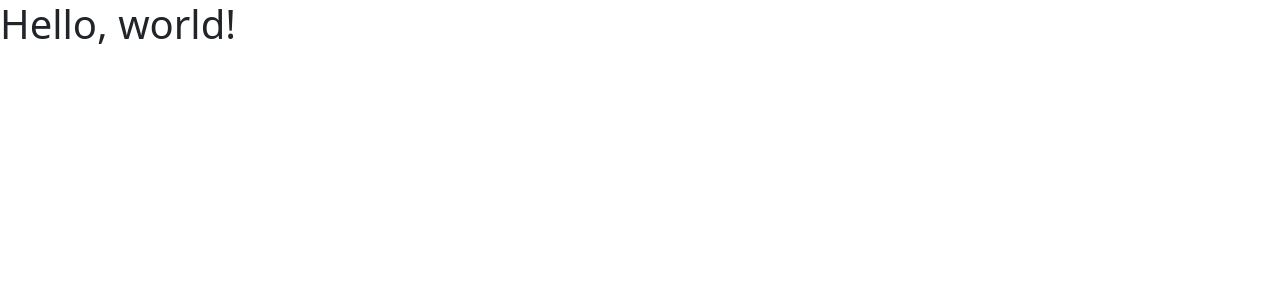
Repository: vaibhav-kharade/Inferyx.com-Learning
Page: Java_Coding/shopcrudsql/src/main/resources/static/index.html
The author's editor kept a copy of each file at every save. The page is drawn from the files as they stood at one save, then again after the next save.
The browser window is 1280 px wide. The pictures show the whole page.

Above is the page before, as saved 2024-09-23 11:50:27.

After the next save:
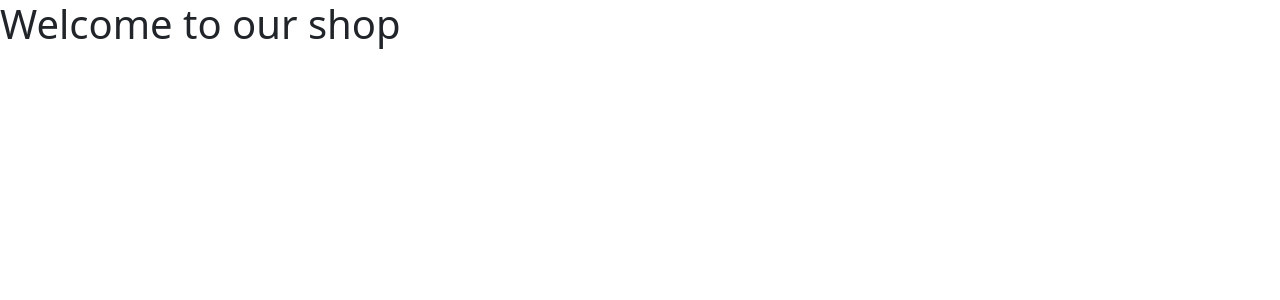
Saved 12 s later.
--- a/Java_Coding/shopcrudsql/src/main/resources/static/index.html
+++ b/Java_Coding/shopcrudsql/src/main/resources/static/index.html
@@ -7,7 +7,7 @@
     <link href="https://cdn.jsdelivr.net/npm/bootstrap@5.3.3/dist/css/bootstrap.min.css" rel="stylesheet" integrity="sha384-QWTKZyjpPEjISv5WaRU9OFeRpok6YctnYmDr5pNlyT2bRjXh0JMhjY6hW+ALEwIH" crossorigin="anonymous">
   </head>
   <body>
-    <h1>Hello, world!</h1>
+    <h1>Welcome to our shop</h1>
     <script src="https://cdn.jsdelivr.net/npm/bootstrap@5.3.3/dist/js/bootstrap.bundle.min.js" integrity="sha384-YvpcrYf0tY3lHB60NNkmXc5s9fDVZLESaAA55NDzOxhy9GkcIdslK1eN7N6jIeHz" crossorigin="anonymous"></script>
   </body>
 </html>
